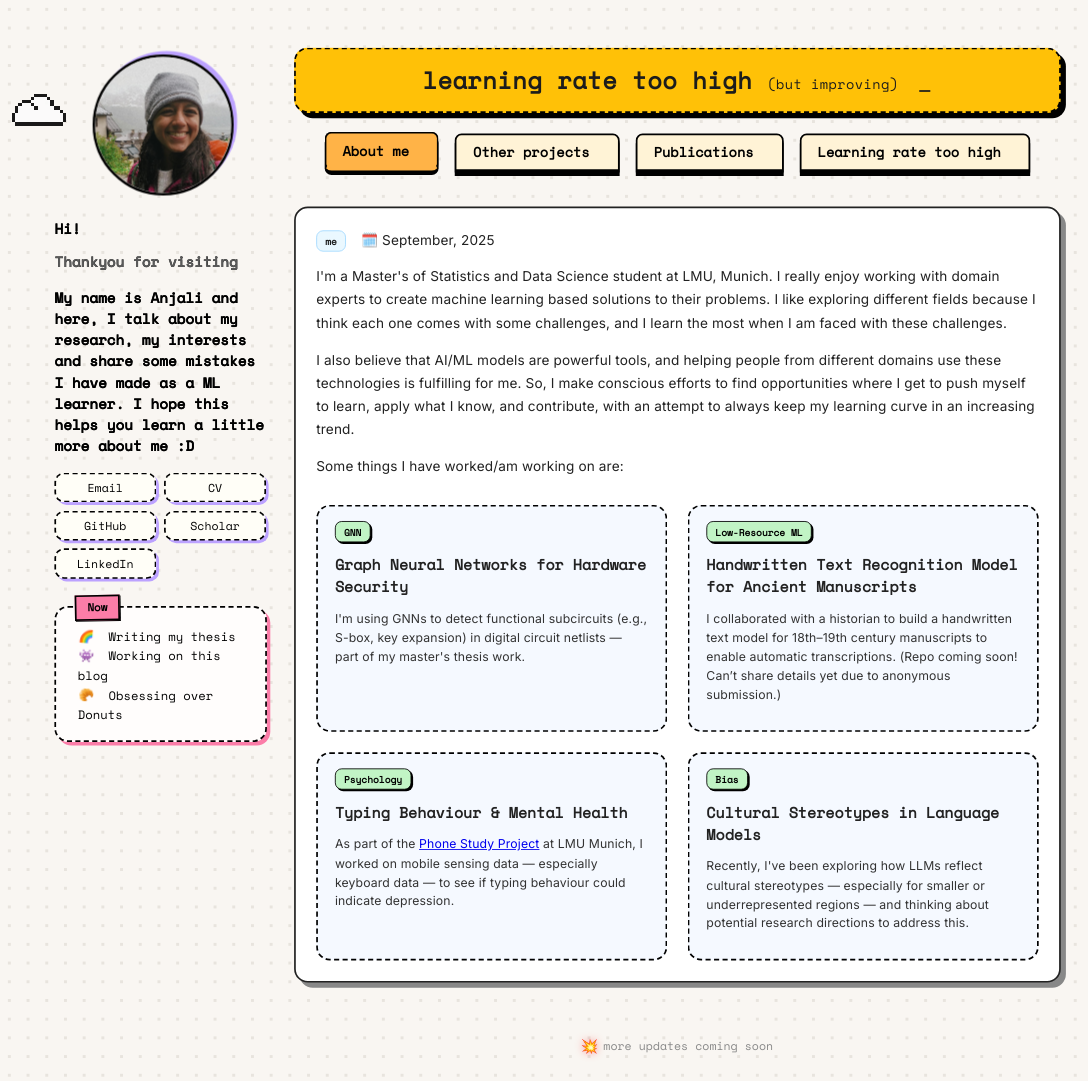
Repository: anjalisarawgi/learning_rate_too_high
Page: index.html
The author's editor kept a copy of each file at every save. The page is drawn from the files as they stood at one save, then again after the next save.
The browser window is 1280 px wide. The pictures show the whole page, at 85% of full size.

Above is the page before, as saved 2025-11-04 15:06:22.

After the next save:
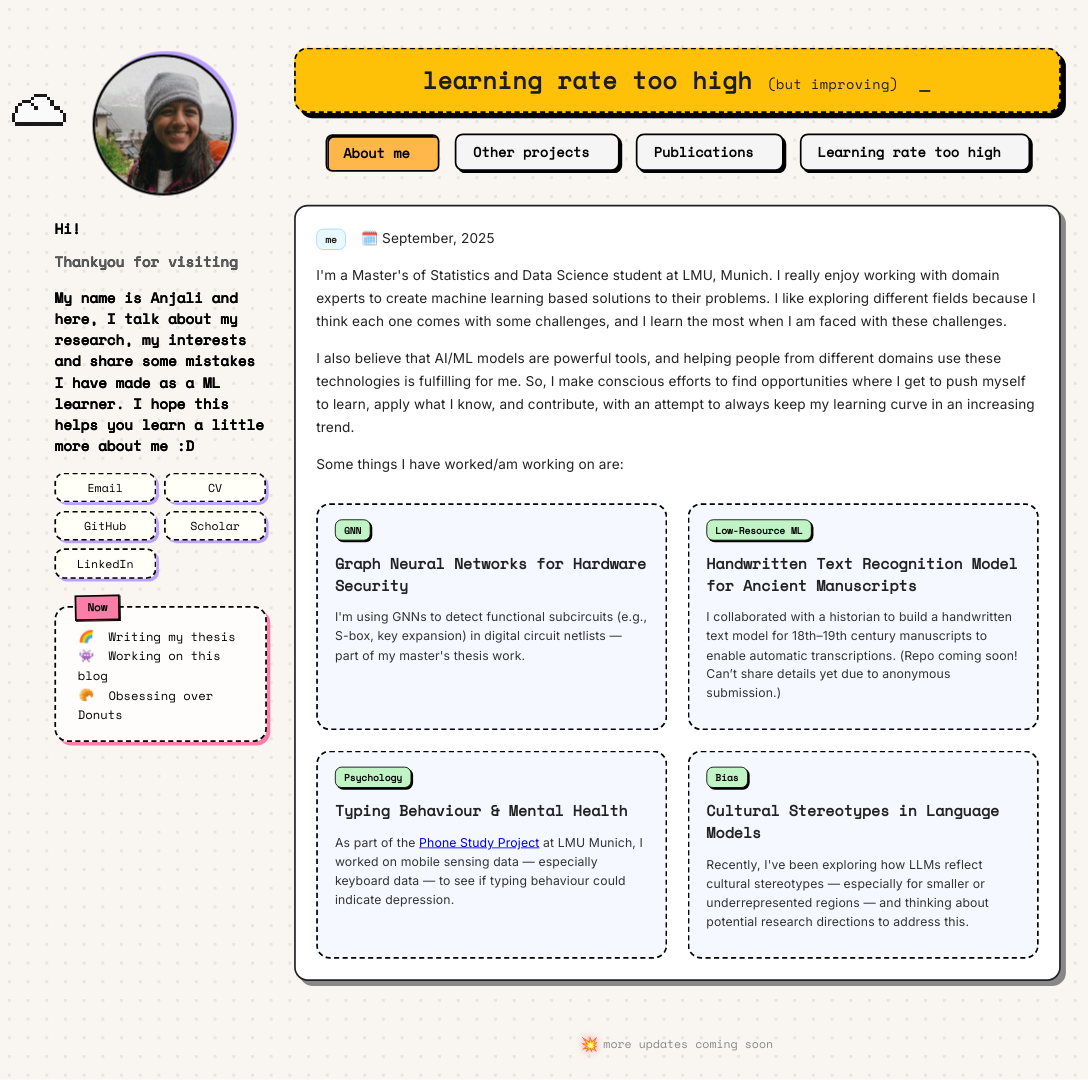
Saved 64 s later.
--- a/index.html
+++ b/index.html
@@ -476,30 +476,29 @@ nav a {
   color: #000;
   font-family: 'Space Mono', monospace;
   font-weight: 600;
-  background: #FFF3D6; /* pale yellow-beige tone */
+  background: #F5F5F5; /* subtle off-white */
   border: 2px solid #000;
-  border-bottom: 4px solid #000;
-  border-radius: 0.5rem 0.5rem 0 0;
+  border-radius: 0.6rem;
   padding: 0.5rem 1.2rem;
-  box-shadow: 0 4px 0 #000;
+  box-shadow: 3px 3px 0 #000;
   transition: all 0.15s ease;
 }
 
 nav a:hover {
-  background: #FFD966; /* warmer hover tone */
-  transform: translateY(-3px);
-  box-shadow: 0 6px 0 #000;
+  background: #EDEDED;
+  transform: translate(-2px, -2px);
+  box-shadow: 5px 5px 0 #000;
 }
 
 nav a.active {
-  background: #FFB347; /* orange accent for active */
-  border-bottom-color: #FFB347;
-  transform: translateY(-2px);
-  box-shadow: 0 5px 0 #000;
-  font-weight: 700;
-}
-
-/* Optional subtle cursor line on hover */
+  background: #FFB74A; /* soft orange that ties with header */
+  color: #000;
+  border: 2px solid #000;
+  box-shadow: 2px 2px 0 #000 inset;
+  transform: translate(1px, 1px);
+}
+
+/* Optional hover cursor underscore */
 nav a::after {
   content: "_";
   opacity: 0;
